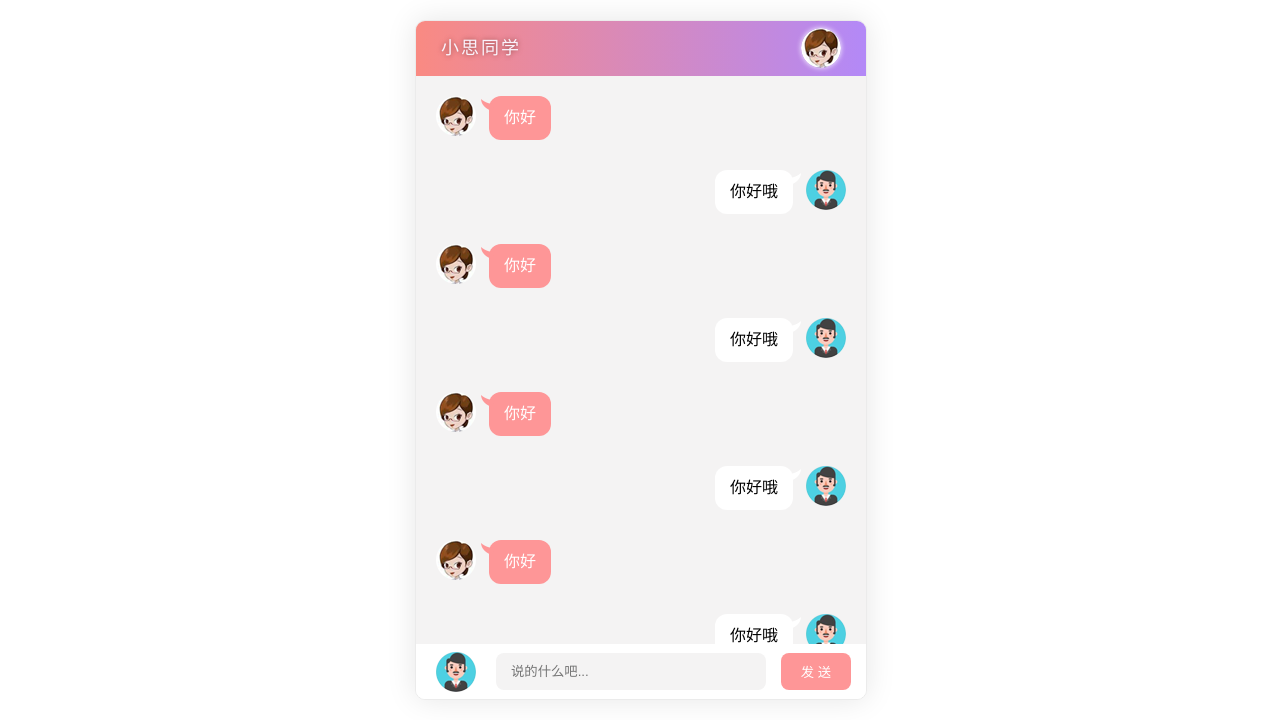
Repository: R1Deemo/ajax
Page: 聊天机器人/聊天机器人.html
An editor plug-in stored every save of this project. The page is shown before and after the next save, followed by the edit.
The browser window is 1280 px wide. The pictures show the whole page.

Above is the page before, as saved 2022-10-25 10:12:58.

### 聊天机器人/聊天机器人.html
<!DOCTYPE html>
<html lang="en">

<head>
    <meta charset="UTF-8" />
    <meta name="viewport" content="width=device-width, initial-scale=1.0" />
    <meta http-equiv="X-UA-Compatible" content="ie=edge" />
    <link rel="stylesheet" href="css/reset.css" />
    <link rel="stylesheet" href="css/main.css" />
    <script type="text/javascript" src="js/jquery-1.12.4.min.js"></script>
    <script type="text/javascript" src="js/jquery-ui.min.js"></script>
    <script type="text/javascript" src="js/jquery.mousewheel.js"></script>
    <title>聊天机器人</title>
</head>

<body>
    <div class="wrap">
        <!-- 头部 Header 区域 -->
        <div class="header">
            <h3>小思同学</h3>
            <img src="img/person01.png" alt="icon" />
        </div>
        <!-- 中间 聊天内容区域 -->
        <div class="main">
            <ul class="talk_list" style="top: 0px;">
                <li class="left_word">
                    <img src="img/person01.png" /> <span>你好</span>
                </li>
                <li class="right_word">
                    <img src="img/person02.png" /> <span>你好哦</span>
                </li>
                <li class="left_word">
                    <img src="img/person01.png" /> <span>你好</span>
                </li>
                <li class="right_word">
                    <img src="img/person02.png" /> <span>你好哦</span>
                </li>
                <li class="left_word">
                    <img src="img/person01.png" /> <span>你好</span>
                </li>
                <li class="right_word">
                    <img src="img/person02.png" /> <span>你好哦</span>
                </li>
                <li class="left_word">
                    <img src="img/person01.png" /> <span>你好</span>
                </li>
                <li class="right_word">
                    <img src="img/person02.png" /> <span>你好哦</span>
                </li>
                <li class="left_word">
                    <img src="img/person01.png" /> <span>你好</span>
                </li>
                <li class="right_word">
                    <img src="img/person02.png" /> <span>你好哦</span>
                </li>
                <li class="left_word">
                    <img src="img/person01.png" /> <span>你好</span>
                </li>
                <li class="right_word">
                    <img src="img/person02.png" /> <span>你好哦</span>
                </li>
            </ul>
            <div class="drag_bar" style="display: none;">
                <div class="drager ui-draggable ui-draggable-handle" style="display: none; height: 412.628px;"></div>
            </div>
        </div>
        <!-- 底部 消息编辑区域 -->
        <div class="footer">
            <img src="img/person02.png" alt="icon" />
            <input type="text" placeholder="说的什么吧..." class="input_txt" />
            <input type="button" value="发 送" class="input_sub" />
        </div>
    </div>
    <script type="text/javascript" src="js/scroll.js"></script>
    <script src="./js/chat.js">
    </script>
</body>

</html>

### 聊天机器人/css/main.css
body {
    font-family: 'Microsoft YaHei';
}
.wrap {
    position: fixed;
    width: 450px;
    left: 50%;
    margin-left: -225px;
    top: 20px;
    bottom: 20px;
    border: 1px solid #ebebeb;
    background-color: #fff;
    border-radius: 10px;
    box-shadow: 0 0 30px rgba(0, 0, 0, 0.1);
    overflow: hidden;
}
.header {
    height: 55px;
    background: linear-gradient(90deg, rgba(246, 60, 47, 0.6), rgba(128, 58, 242, 0.6));
    overflow: hidden;
}
.header h3 {
    color: #faf3fc;
    line-height: 55px;
    font-weight: normal;
    float: left;
    letter-spacing: 2px;
    margin-left: 25px;
    font-size: 18px;
    text-shadow: 0px 0px 5px #944846;
}
.header img {
    float: right;
    margin: 7px 25px 0 0;
    border-radius: 20px;
    box-shadow: 0 0 5px #f7f2fe;
}
.main {
    position: absolute;
    left: 0;
    right: 0;
    top: 55px;
    bottom: 55px;
    background-color: #f4f3f3;
    box-sizing: border-box;
    padding: 10px 0;
    overflow:hidden;
}
.talk_list{
    position: absolute;
    width:100%;
    left:0px;
    top:0px;
}
.talk_list li {
    overflow: hidden;
    margin: 20px 0px 30px;
}
.talk_list .left_word img {
    float: left;
    margin-left: 20px;
}
.talk_list .left_word span {
    float: left;
    background-color: #fe9697;
    padding: 10px 15px;
    max-width: 290px;
    border-radius: 12px;
    font-size: 16px;
    color: #fff;
    margin-left: 13px;
    position: relative;
    line-height: 24px;
}
.talk_list .left_word span:before {
    content: '';
    position: absolute;
    left: -8px;
    top: 3px;
    width: 13px;
    height: 12px;
    background: url('../img/corner01.png') no-repeat;
}
.talk_list .right_word img {
    float: right;
    margin-right: 20px;
}
.talk_list .right_word span {
    float: right;
    background-color: #fff;
    padding: 10px 15px;
    max-width: 290px;
    border-radius: 12px;
    font-size: 16px;
    color: #000;
    margin-right: 13px;
    position: relative;
    line-height: 24px;
}
.talk_list .right_word span:before {
    content: '';
    position: absolute;
    right: -8px;
    top: 3px;
    width: 13px;
    height: 12px;
    background: url('../img/corner02.png') no-repeat;
}
.drag_bar{
    position:absolute;
    right:0px;
    top:0px;
    background-color: #fff;
    height:100%;
    width:6px;
    box-sizing:border-box;
    border-bottom:1px solid #f4f3f3;
}
.drager{
    position:absolute;
    left:0px;
    top:0px;
    background-color: #cdcdcd;
    height:100px;
    width:6px;
    border-radius:3px;
    cursor: pointer;
}

.footer{
    width:100%;
    height: 55px;
    left:0px;
    bottom:0px;
    background-color:#fff;
    position: absolute;
}

.footer img{
    float: left;
    margin:8px 0 0 20px;
}

.input_txt{
    float: left;
    width:270px;
    height:37px;
    border:0px;
    background-color: #f4f3f3;
    margin:9px 0 0 20px;
    border-radius:8px;
    padding:0px;
    outline:none;
    text-indent:15px;
}
.input_sub{
    float: left;
    width:70px;
    height:37px;
    border:0px;
    background-color: #fe9697;
    margin:9px 0 0 15px;
    border-radius:8px;
    padding:0px;
    outline:none;
    color:#fff;
    cursor: pointer;
}

### 聊天机器人/js/scroll.js
$(function () {
    var $main = $('.main');
    var $list = $('.talk_list');
    var $drager = $('.drager');
    var $mainh = $main.outerHeight(false);
    var $listh = $list.outerHeight(false);

    var $rate = $mainh / $listh;
    var $dragh = $mainh * $rate;
    var $top = 0;
    $drager.css({ 'height': $dragh });

    $drager.draggable({
        containment: "parent",
        drag: function (ev, ui) {
            $top = ui.position.top;
            $list.css({ 'top': -$top / $rate });
        }
    });

    $(window).resize(function () {
        resetui();
    });

    //var timer = null;
    var flag = false;

    $main.mousewheel(function(ev,delta){
        //console.log(delta);
        //clearTimeout(timer);
        //timer = setTimeout(function(){
            // 向上滚动正值，向下滚动负值
        if(flag){
            return;
        }

        flag = true;

        setTimeout(function(){
            flag = false;
        },300);

        if($listh <= $mainh){
            return;
        }else{
            if(delta>0){
                $top = $top-60;
                if($top<0){
                    $top=0;
                }
                $drager.animate({ 'top': $top },200);
                $list.animate({ 'top': -$top / $rate },200);
            }else{
                $top = $top+60;
                if($top>($mainh-$dragh)){
                    $top=parseInt($mainh-$dragh);
                }
                $drager.animate({ 'top': $top },200);
                $list.animate({ 'top': -parseInt($top / $rate) },200);
            }
        }

        //},300);
    });
    if ($listh <= $mainh) {
        $('.drag_bar').hide();
        $('.drager').hide();
    }

    function resetui(){
        $mainh = $main.outerHeight(false);
        $listh = $list.outerHeight(false);
        $rate = $mainh / $listh;
        $dragh = $mainh * $rate;
        $drager.css({ 'height': $dragh });

        if ($listh <= $mainh) {
            $('.drag_bar').hide();
            $drager.hide();
            $list.css({ 'top':0 });
        } else {
            $('.drag_bar').show();
            $drager.show();
            $drager.css({ 'top': $mainh-$dragh });
            $list.css({ 'top': -($listh-$mainh) });
        }
    }

    window.resetui = resetui;
})

Loaded but not shown: 聊天机器人/css/reset.css (common file); 聊天机器人/js/jquery-1.12.4.min.js (library); 聊天机器人/js/jquery-ui.min.js (library); 聊天机器人/js/jquery.mousewheel.js (library); 聊天机器人/js/chat.js (no stored copy; drawn as an empty file)

After the next save:
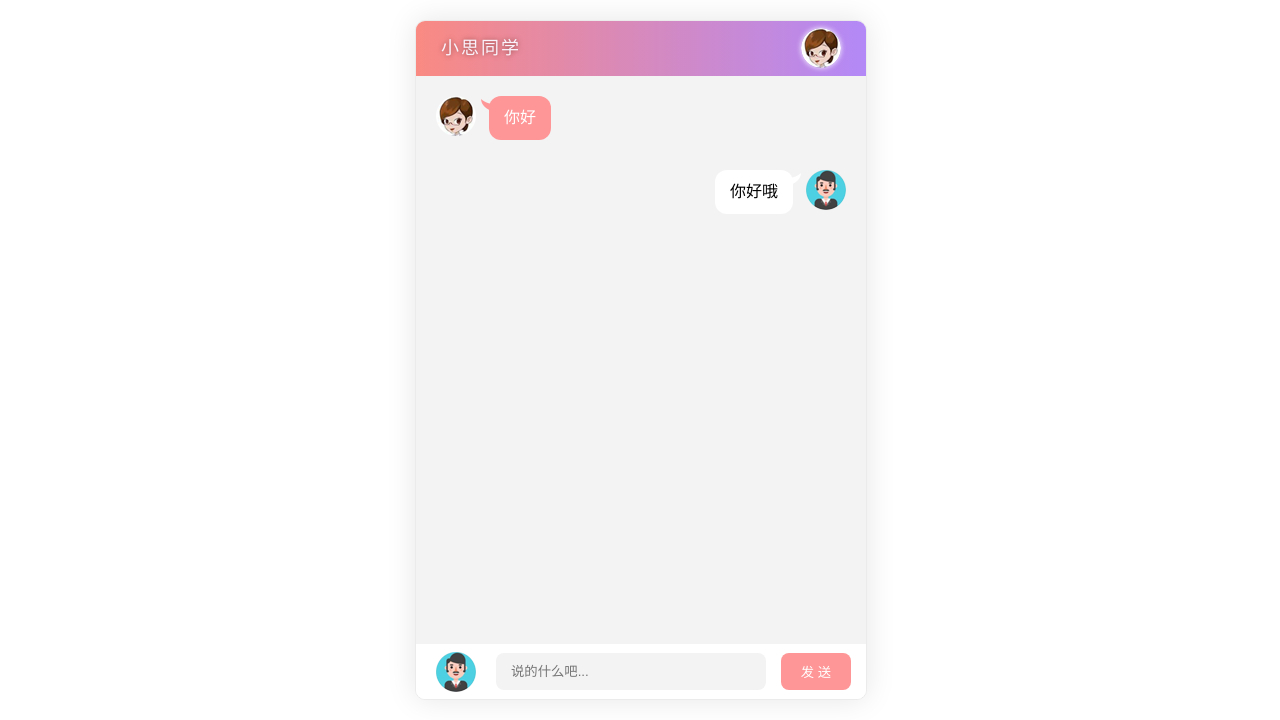
Saved 2 min 4 s later.
--- a/聊天机器人/聊天机器人.html
+++ b/聊天机器人/聊天机器人.html
@@ -29,36 +29,6 @@
                 <li class="right_word">
                     <img src="img/person02.png" /> <span>你好哦</span>
                 </li>
-                <li class="left_word">
-                    <img src="img/person01.png" /> <span>你好</span>
-                </li>
-                <li class="right_word">
-                    <img src="img/person02.png" /> <span>你好哦</span>
-                </li>
-                <li class="left_word">
-                    <img src="img/person01.png" /> <span>你好</span>
-                </li>
-                <li class="right_word">
-                    <img src="img/person02.png" /> <span>你好哦</span>
-                </li>
-                <li class="left_word">
-                    <img src="img/person01.png" /> <span>你好</span>
-                </li>
-                <li class="right_word">
-                    <img src="img/person02.png" /> <span>你好哦</span>
-                </li>
-                <li class="left_word">
-                    <img src="img/person01.png" /> <span>你好</span>
-                </li>
-                <li class="right_word">
-                    <img src="img/person02.png" /> <span>你好哦</span>
-                </li>
-                <li class="left_word">
-                    <img src="img/person01.png" /> <span>你好</span>
-                </li>
-                <li class="right_word">
-                    <img src="img/person02.png" /> <span>你好哦</span>
-                </li>
             </ul>
             <div class="drag_bar" style="display: none;">
                 <div class="drager ui-draggable ui-draggable-handle" style="display: none; height: 412.628px;"></div>
